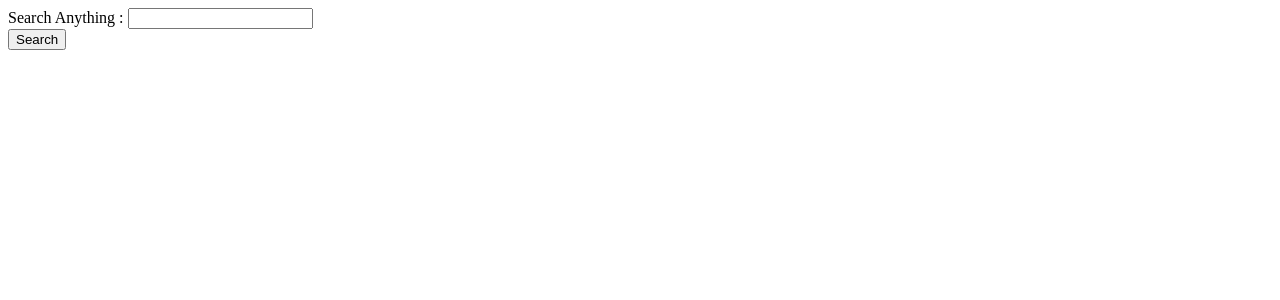
Repository: deepakkthakur/java
Page: SeerchSendRedirectRequestDispacher/src/main/webapp/index.html
The author's editor kept a copy of each file at every save. The page is drawn from the files as they stood at one save, then again after the next save.
The browser window is 1280 px wide. The pictures show the whole page.

Above is the page before, as saved 2024-04-10 10:14:28.

### SeerchSendRedirectRequestDispacher/src/main/webapp/index.html
<!DOCTYPE html>
<html>
<head>
<meta charset="ISO-8859-1">
<title>Insert title here</title>
</head>
<body>
	Search Anything : <input type="text" name="search"/></br>
	<input type="submit" value="Search"/>
</body>
</html>

After the next save:
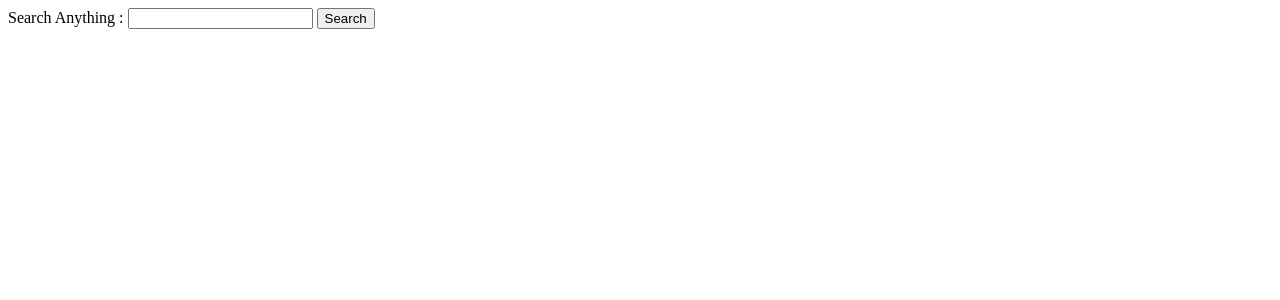
Saved 44 s later.
--- a/SeerchSendRedirectRequestDispacher/src/main/webapp/index.html
+++ b/SeerchSendRedirectRequestDispacher/src/main/webapp/index.html
@@ -5,7 +5,7 @@
 <title>Insert title here</title>
 </head>
 <body>
-	Search Anything : <input type="text" name="search"/></br>
+	Search Anything : <input type="text" name="search"/>
 	<input type="submit" value="Search"/>
 </body>
 </html>
